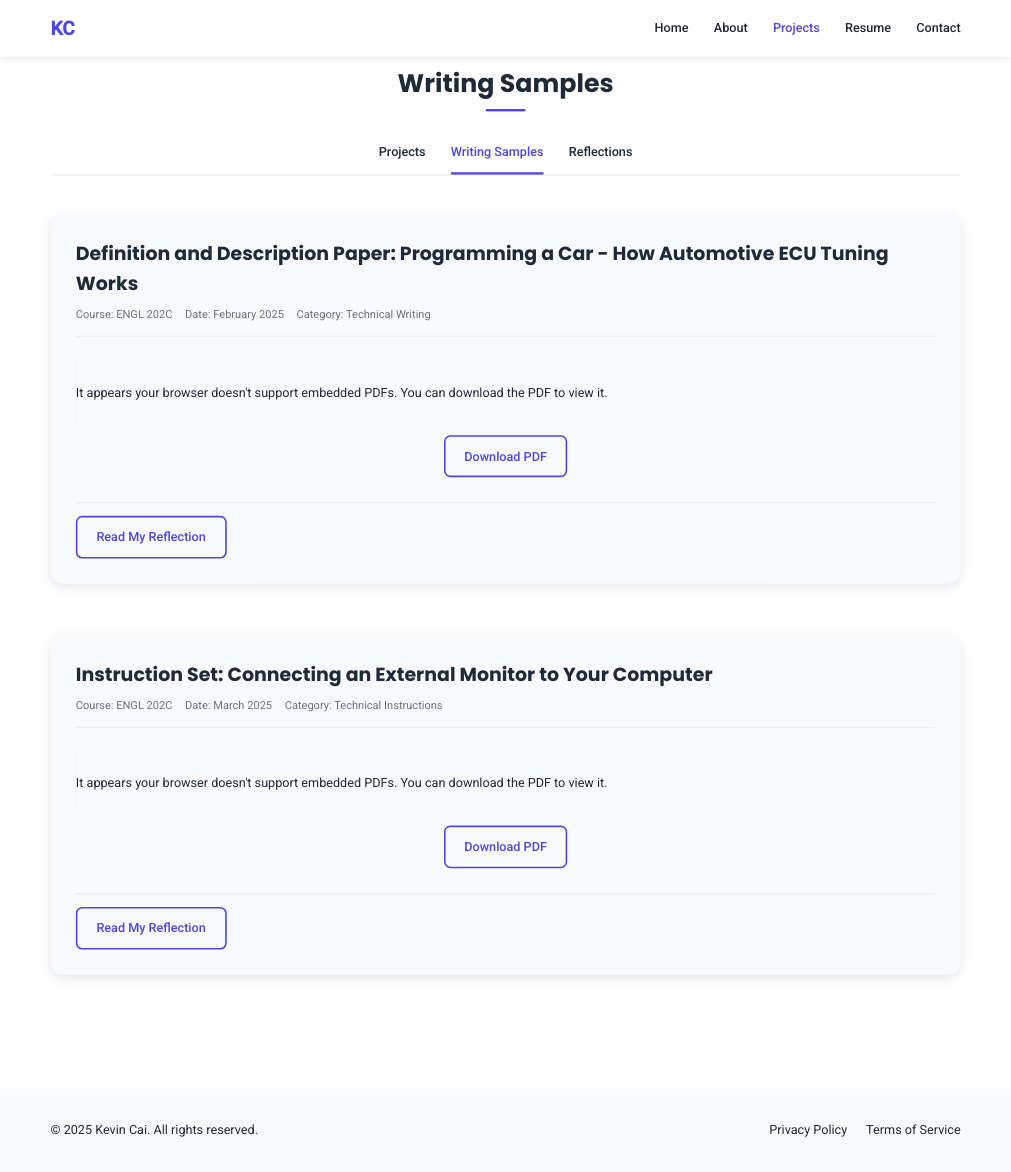
Repository: itskevbo/E-Portfolio
Page: pages/writing_samples.html
The author's editor kept a copy of each file at every save. The page is drawn from the files as they stood at one save, then again after the next save.
The browser window is 1280 px wide. The pictures show the whole page, at 79% of full size.

Above is the page before, as saved 2025-04-28 15:36:01.
Console error: ReferenceError: ScrollReveal is not defined

After the next save:
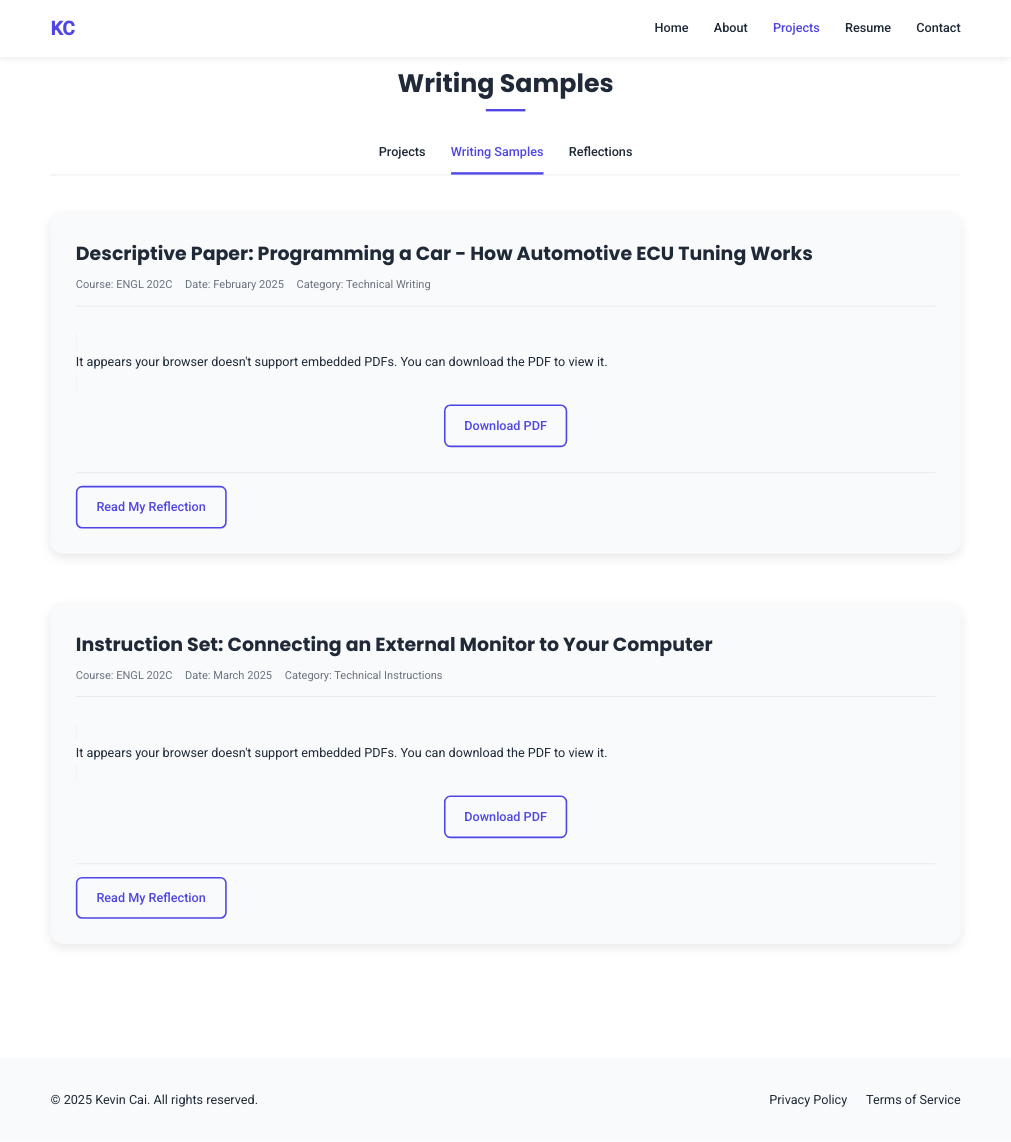
Saved 10 s later.
--- a/pages/writing_samples.html
+++ b/pages/writing_samples.html
@@ -154,7 +154,7 @@
                 <!-- Writing Sample 1: Definition and Description Paper -->
                 <article class="writing-sample" id="definition-description">
                     <header class="writing-sample__header">
-                        <h3 class="writing-sample__title">Definition and Description Paper: Programming a Car - How Automotive ECU Tuning Works</h3>
+                        <h3 class="writing-sample__title">Descriptive Paper: Programming a Car - How Automotive ECU Tuning Works</h3>
                         <div class="writing-sample__meta">
                             <span>Course: ENGL 202C</span>
                             <span>Date: February 2025</span>
